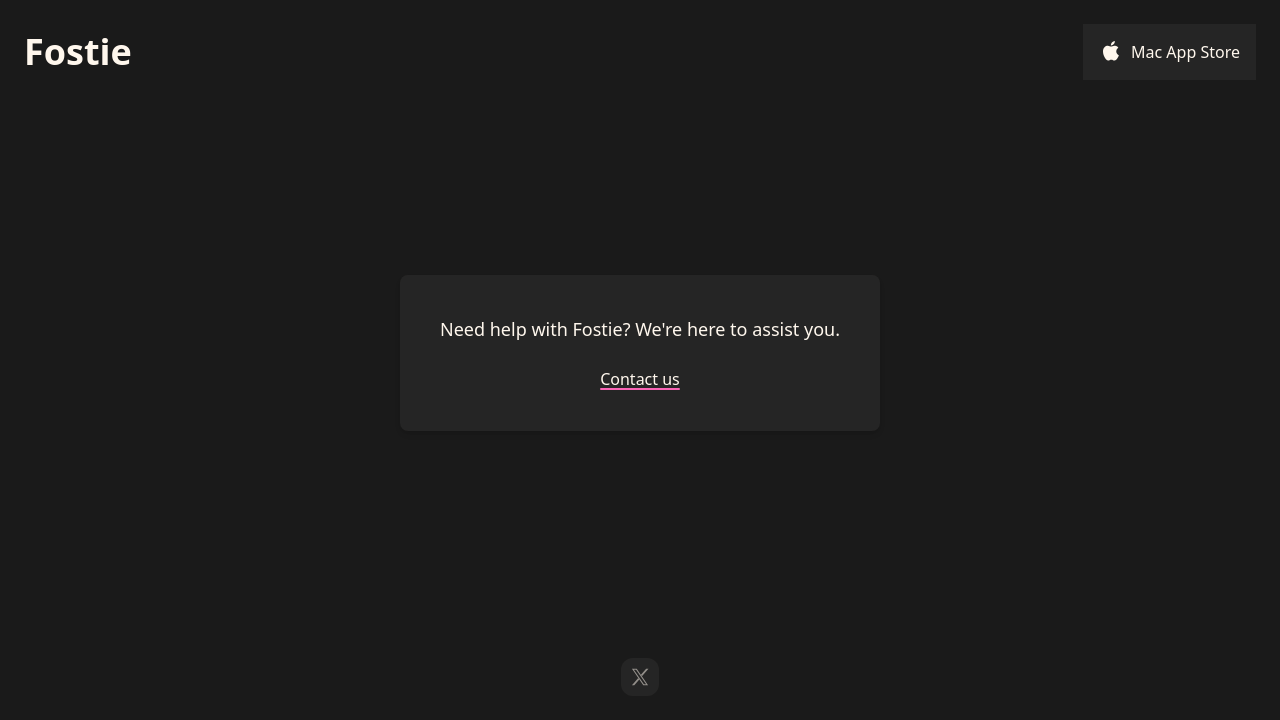
Repository: atimael/fostie-web
Page: /
The author's editor kept a copy of each file at every save. The page is drawn from the files as they stood at one save, then again after the next save.
The browser window is 1280 px wide. The pictures show the whole page.
The project was rebuilt for these pictures with package versions that can differ from the ones it lists, and the page was loaded fresh each time. The framework's server and built-in components were replaced by stand-ins that run in the browser. Also part of the build but not shown: next.config.js.

Above is the page before, as saved 2025-05-27 20:47:14.

### app/layout.tsx
import type { Metadata } from "next";
import type { ReactNode } from "react";
import "./globals.css";

export const metadata: Metadata = {
  title: "Fostie - macOS App",
  description: "Official website for Fostie macOS application",
  keywords: "Fostie, macOS, app, application",
  authors: [{ name: "Fostie Team" }],
};

export const viewport = {
  width: "device-width",
  initialScale: 1,
};

export default function RootLayout({ children }: { children: ReactNode }) {
  return (
    <html lang="en" className="dark">
      <body className="antialiased">{children}</body>
    </html>
  );
}

### app/page.tsx
import Footer from "@/components/footer";
import Header from "@/components/header";
import Main from "@/components/main";

export default function Home() {
  return (
    <main className="min-h-screen bg-custom-dark flex flex-col text-orange-50">
      <Header />

      <Main />

      <Footer />
    </main>
  );
}

### app/globals.css
@import "tailwindcss";

@custom-variant dark (&:where(.dark, .dark *));

@theme {
  /* Enable dark mode based on system preference */
  --default-color-scheme: light dark;

  /* Custom dark background color */
  --color-custom-dark: #1a1a1a;

  /* Custom font family */
  --font-family-sans: ui-sans-serif, system-ui, sans-serif, "Apple Color Emoji",
    "Segoe UI Emoji", "Segoe UI Symbol", "Noto Color Emoji";
}

### components/footer.tsx
export default function Footer() {
  const currentYear = new Date().getFullYear();

  return (
    <footer className="py-6 px-6 flex items-center justify-center">
      <div className="flex items-center justify-between">
        <a
          className="group inline-flex items-center outline-none transition duration-300 focus:ring-2 focus:ring-pink-300 bg-orange-50/5 hover:bg-orange-50/5 rounded-xl p-2 text-orange-50 hover:text-orange-50"
          href="https://twitter.com/henrikruscon"
          rel="noopener noreferrer"
          target="_blank"
          aria-label="X (Twitter)"
        >
          <svg
            className="size-[22px] origin-center fill-current transition duration-300 ease-out group-hover:scale-105 opacity-50 group-hover:opacity-100"
            xmlns="http://www.w3.org/2000/svg"
            viewBox="0 0 24 24"
            aria-hidden="true"
          >
            <path d="M21.2391 3H18.6854L12.9921 9.61784L14.1261 11.2682L21.2391 3Z"></path>
            <path d="M11.2104 14.6575L10.0764 13.0071L3.2002 21H5.75403L11.2104 14.6575Z"></path>
            <path d="M8.44486 3H3.2002L15.5685 21H20.8131L8.44486 3ZM5.31391 4.16971H7.70053L18.6861 19.8835H16.2995L5.31391 4.16971Z"></path>
          </svg>
        </a>
      </div>
    </footer>
  );
}

### components/header.tsx
export default function Header() {
  return (
    <header className="justify-between flex items-center  py-6 px-6">
      <div>
        {/* <Image src="/logo.png" alt="Fostie" width={100} height={100} /> */}
        <h1 className="text-4xl font-bold text-center">Fostie</h1>
      </div>

      <div className="flex items-center gap-4">
        <div className="flex items-center gap-2 hover:cursor-pointer bg-orange-50/5 p-4">
          <div>
            <svg
              className="h-6 w-6 fill-current"
              xmlns="http://www.w3.org/2000/svg"
              viewBox="0 0 24 24"
              aria-hidden="true"
            >
              <path d="M19.37 7.648c-.114.088-2.11 1.213-2.11 3.715 0 2.894 2.54 3.918 2.616 3.944-.011.062-.403 1.402-1.34 2.767-.834 1.201-1.706 2.4-3.032 2.4s-1.667-.77-3.198-.77c-1.492 0-2.022.796-3.235.796-1.214 0-2.06-1.112-3.033-2.477C4.911 16.42 4 13.93 4 11.566c0-3.791 2.465-5.802 4.891-5.802 1.29 0 2.364.847 3.173.847.77 0 1.972-.897 3.438-.897.556 0 2.553.05 3.867 1.934Zm-4.564-3.54c.607-.719 1.036-1.718 1.036-2.716 0-.138-.012-.279-.037-.392-.987.037-2.161.657-2.87 1.478-.555.632-1.074 1.63-1.074 2.643 0 .152.026.304.037.353.063.011.164.025.266.025.885 0 1.998-.593 2.642-1.39Z"></path>
            </svg>
          </div>
          <span>Mac App Store</span>
        </div>
      </div>
    </header>
  );
}

### components/main.tsx
export default function Main() {
  return (
    <div className="flex-1 flex items-center justify-center px-6 py-12">
      <div className="max-w-2xl mx-auto text-center">
        <div className=" bg-orange-50/5 rounded-lg shadow-md p-10 mb-8">
          <p className="text-lg mb-6">
            Need help with Fostie? We're here to assist you.
          </p>

          <div className="space-y-4">
            <a
              href="mailto:hello@fostie.com"
              className="relative whitespace-nowrap
                font-medium outline-none
                transition duration-200 after:pointer-events-none
                after:absolute after:bottom-0 after:left-0 after:right-0 after:h-0.5 after:rounded-[0.125rem]
                 after:bg-pink-400 after:transition after:duration-200 after:content-[''] hover:text-pink-400 hover:after:translate-y-px"
            >
              Contact us
            </a>
          </div>
        </div>
      </div>
    </div>
  );
}

After the next save:
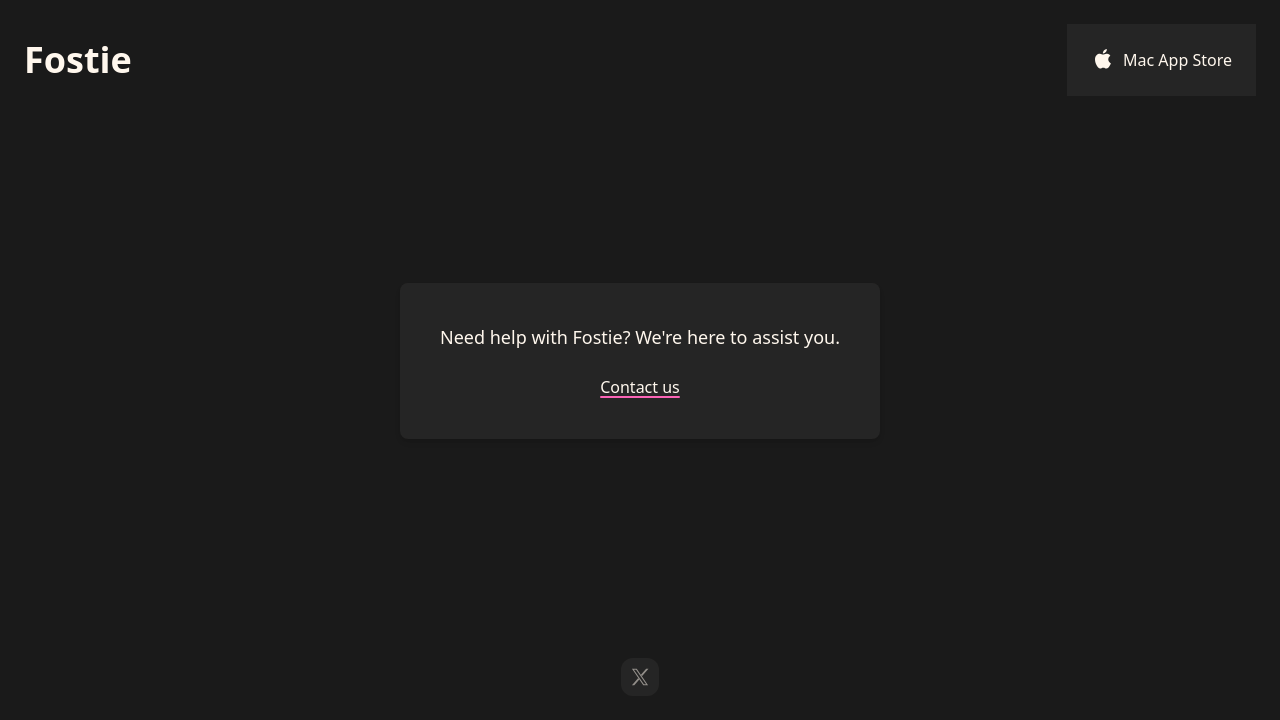
Saved 8 s later.
--- a/components/header.tsx
+++ b/components/header.tsx
@@ -7,7 +7,7 @@
       </div>
 
       <div className="flex items-center gap-4">
-        <div className="flex items-center gap-2 hover:cursor-pointer bg-orange-50/5 p-4">
+        <div className="flex items-center gap-2 hover:cursor-pointer bg-orange-50/5 p-6">
           <div>
             <svg
               className="h-6 w-6 fill-current"
